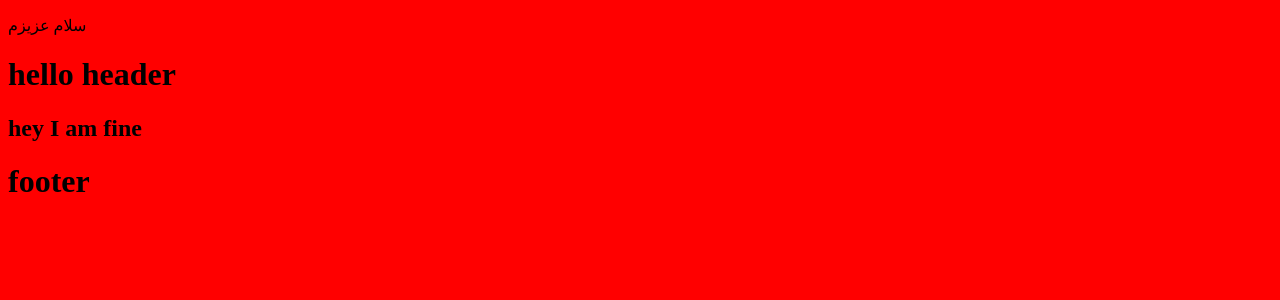
Repository: Rohullah-Noori/shop
Page: index.html
These files come from the project's save history. The page is drawn as it stood at one moment and after the next save; the edit follows.
The browser window is 1280 px wide. The pictures show the whole page.

Above is the page before, as saved 2025-03-05 17:16:15.

After the next save:
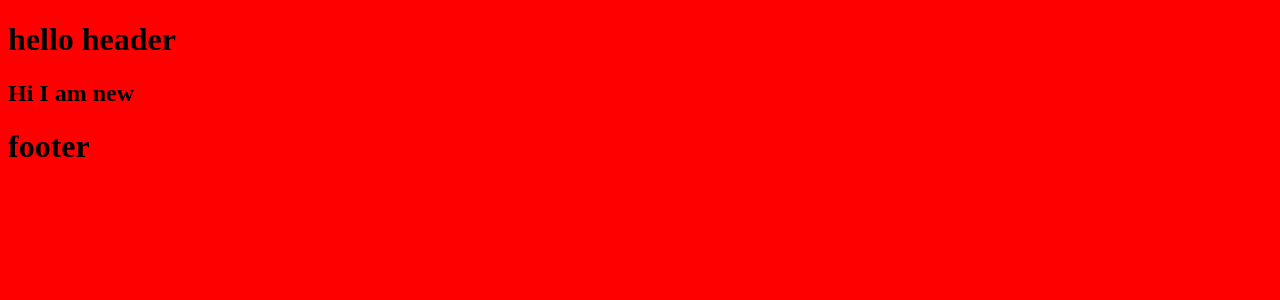
Saved 2 min 4 s later.
--- a/index.html
+++ b/index.html
@@ -11,9 +11,8 @@
     </style>
   </head>
   <body>
-    <p>سلام عزیزم</p>
     <h1>hello header</h1>
-    <h2>hey I am fine</h2>
+    <h2>Hi I am new</h2>
   </body>
   <footer>
     <h1>footer</h1>
